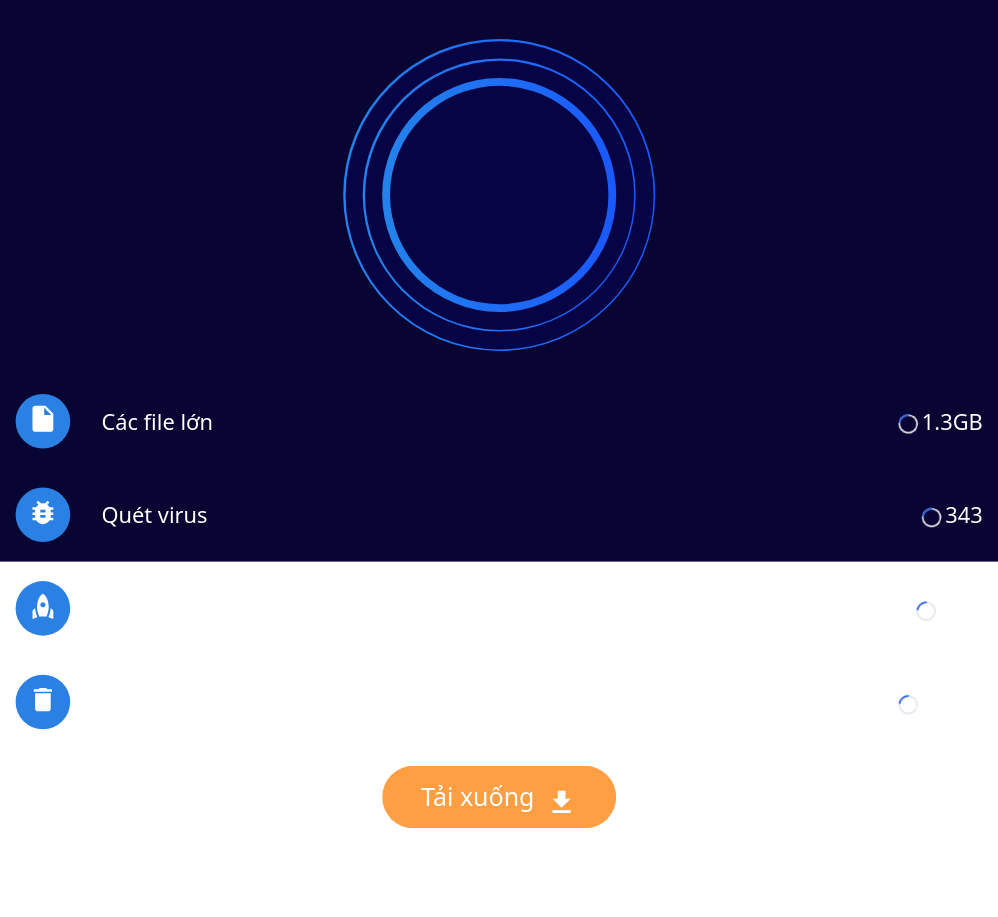
Repository: Kiendz3202/anti-virus-landingpage-mobile
Page: /, after clicking the first element matching `div.from-\[\#1CE5F8\]`
These files come from the project's save history. The page is drawn as it stood at one moment and after the next save; the edit follows.
The browser window is 1280 px wide. The pictures show the whole page, at 78% of full size.
The project was rebuilt for these pictures with package versions that can differ from the ones it lists, and the page was loaded fresh each time. The framework's server and built-in components were replaced by stand-ins that run in the browser. Also part of the build but not shown: next.config.js.

Above is the page before, as saved 2023-01-08 19:46:37.

After the next save:
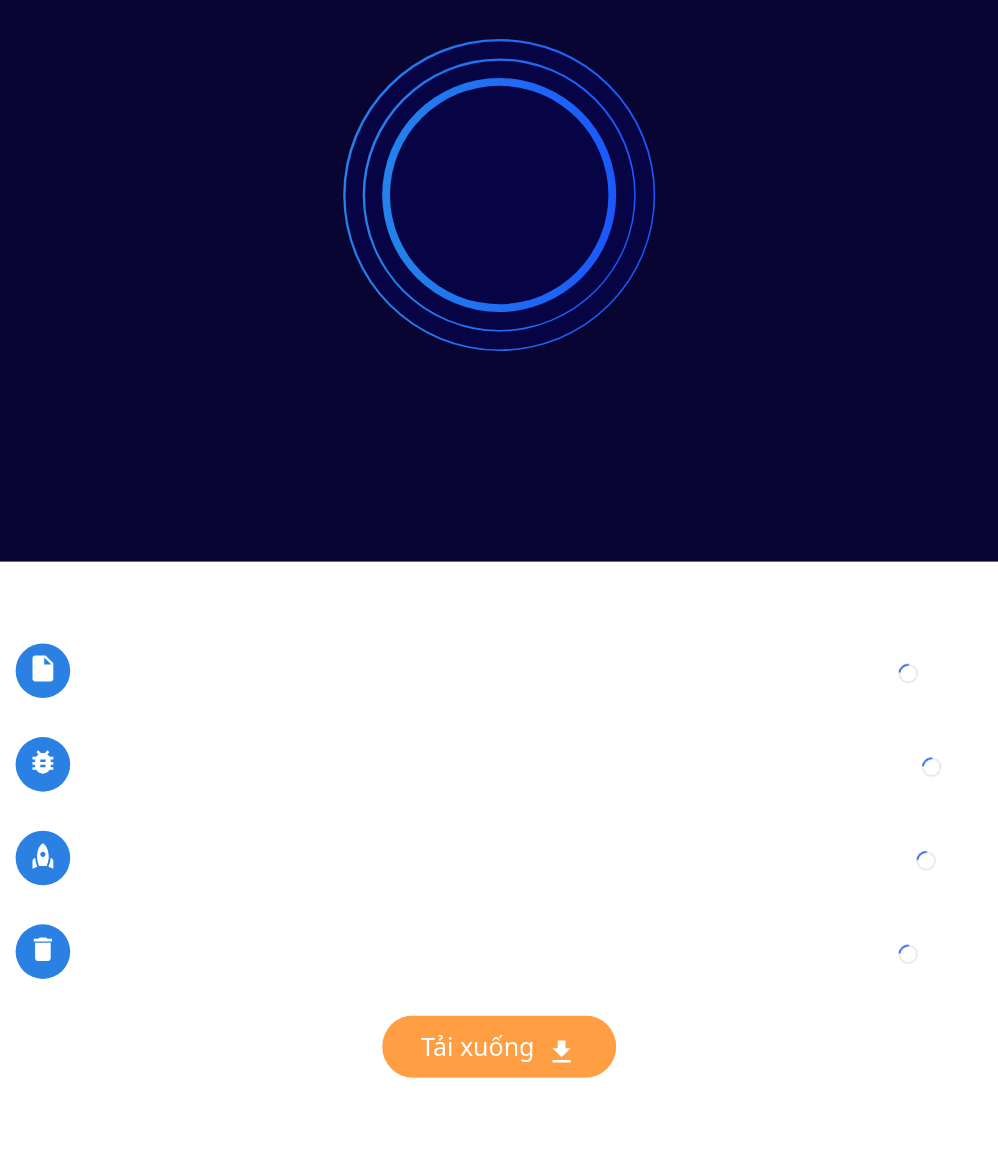
Saved 19 s later.
--- a/components/ScanShield.js
+++ b/components/ScanShield.js
@@ -15,7 +15,7 @@
 	return (
 		<div
 			className={`transition-all ease-in-out duration-[1500ms] ${
-				display ? 'h-full' : 'h-[0px] opacity-0'
+				display ? 'h-screen' : 'h-[0px] opacity-0'
 			}`}
 		>
 			<div

After the save that followed:
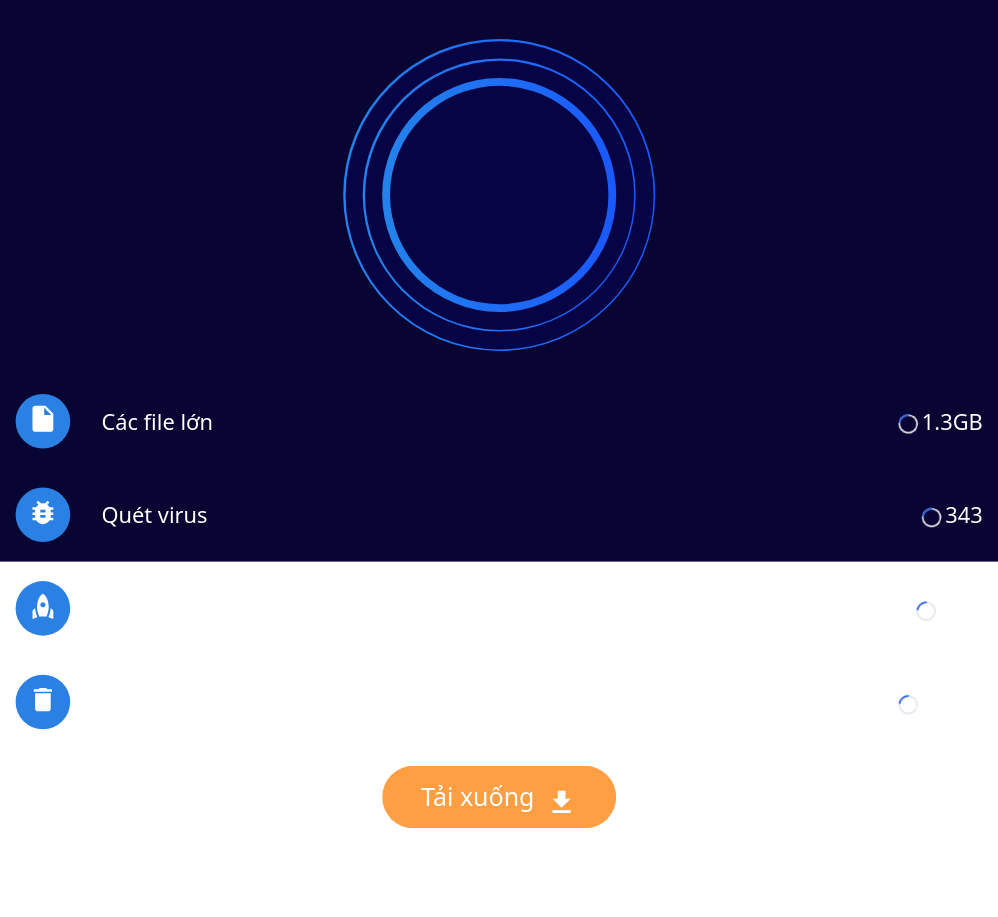
Saved 16 s later.
--- a/components/ScanShield.js
+++ b/components/ScanShield.js
@@ -15,7 +15,7 @@
 	return (
 		<div
 			className={`transition-all ease-in-out duration-[1500ms] ${
-				display ? 'h-screen' : 'h-[0px] opacity-0'
+				display ? 'h-auto' : 'h-[0px] opacity-0'
 			}`}
 		>
 			<div
